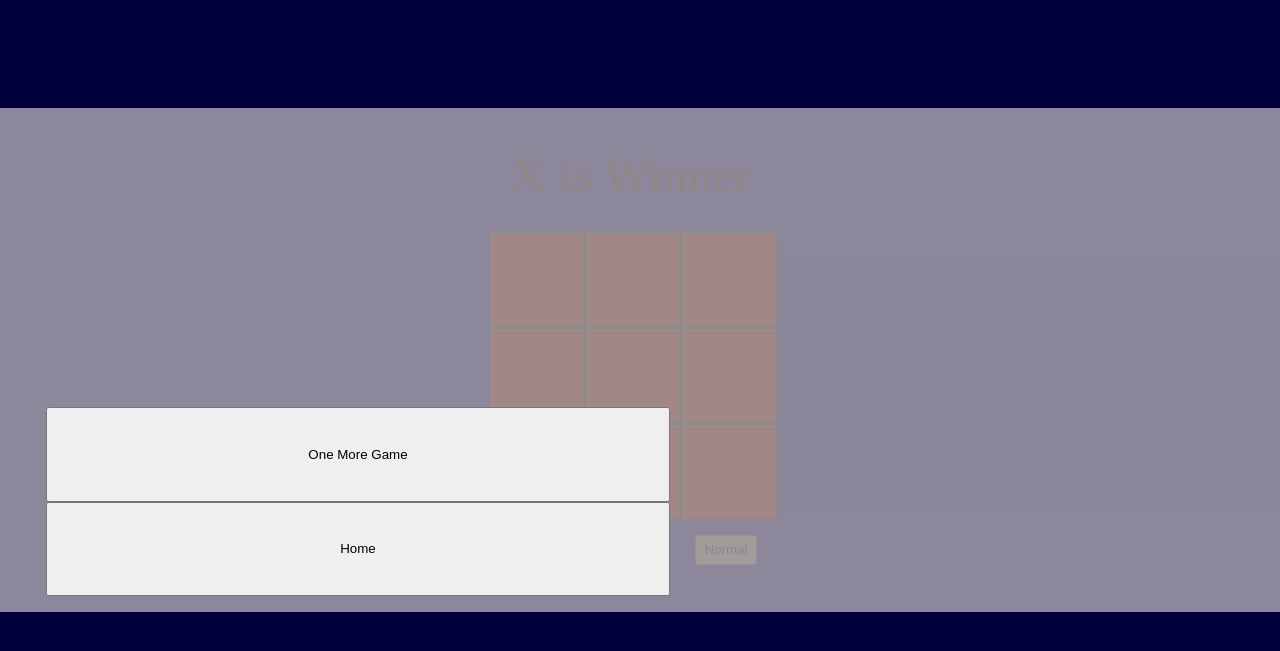
Repository: Mush-s/Folio-OX
Page: /game
An editor plug-in stored every save of this project. The page is shown before and after the next save, followed by the edit.
The browser window is 1280 px wide. The pictures show the whole page.
The project was rebuilt for these pictures with package versions that can differ from the ones it lists, and the page was loaded fresh each time. Also part of the build but not shown: src/Start/Start.css, src/Start/Start.js.

Above is the page before, as saved 2022-09-03 11:19:03.

### src/index.js
import { createRoot } from "react-dom/client";
import { BrowserRouter } from "react-router-dom";
import ReactDOM from "react-dom";
import AfterGame from "./TicTacToe/AfterGame/AfterGame";

import App from "./App";
const container = document.getElementById("root");
const root = createRoot(container);
root.render(
  <BrowserRouter>
    <App />
  </BrowserRouter>
);

export const OverLay = () => {
  return ReactDOM.createPortal(
    <AfterGame />,
    document.getElementById("portal")
  );
};

### src/TicTacToe/AfterGame/AfterGame.js
import "./AfterGame.css";

const AfterGame = () => {
  return (
    <div className="after">
      <div className="content">
        <button>One More Game</button>
        <button>Home</button>
      </div>
    </div>
  );
};

export default AfterGame;

### src/App.js
import "./App.css";
import Game from "./TicTacToe/Game/Game";
import Start from "./Start/Start";
import { Route, Routes } from "react-router-dom";

const App = () => {
  return (
    <div className="app">
      <Routes>
        <Route path="/" element={<Start />} exact/>
        <Route path="/game" element={<Game />} />
      </Routes>
    </div>
  );
};

export default App;

### src/TicTacToe/AfterGame/AfterGame.css
.after {
    background: rgba(0, 0, 0, 0.771);
    position: fixed;
    left: 0;
    top: 0;
    height: 100%;
    width: 100%;
    display: flex;
    align-items: center;
    justify-content: center;
  }

  .after .content {
    background:rgba(219, 210, 210, 0.644);
    padding: 1rem;
    width: 100%;
    height: 70%;
    display: flex;
    justify-content:flex-end;
    flex-flow: column;
  }

  .after button{
    width:50%;
    height:20%;
    margin-left: 30px;
  }

### src/App.css
.app {
  position: relative;
  height: 100vh;
  background-color: blue;
}
/* Document
 * ========================================================================== */

/**
 * 1. Add border box sizing in all browsers (opinionated).
 * 2. Backgrounds do not repeat by default (opinionated).
 */

*,
::before,
::after {
  box-sizing: border-box; /* 1 */
  background-repeat: no-repeat; /* 2 */
}

/**
  * 1. Add text decoration inheritance in all browsers (opinionated).
  * 2. Add vertical alignment inheritance in all browsers (opinionated).
  */

::before,
::after {
  text-decoration: inherit; /* 1 */
  vertical-align: inherit; /* 2 */
}

/**
  * 1. Use the default cursor in all browsers (opinionated).
  * 2. Change the line height in all browsers (opinionated).
  * 3. Breaks words to prevent overflow in all browsers (opinionated).
  * 4. Use a 4-space tab width in all browsers (opinionated).
  * 5. Remove the grey highlight on links in iOS (opinionated).
  * 6. Prevent adjustments of font size after orientation changes in iOS.
  */

:where(:root) {
  cursor: default; /* 1 */
  line-height: 1.5; /* 2 */
  overflow-wrap: break-word; /* 3 */
  -moz-tab-size: 4; /* 4 */
  tab-size: 4; /* 4 */
  -webkit-tap-highlight-color: transparent; /* 5 */
  -webkit-text-size-adjust: 100%; /* 6 */
  text-size-adjust: 100%; /* 6 */
}

/* Sections
  * ========================================================================== */

/**
  * Remove the margin in all browsers (opinionated).
  */

:where(body) {
  margin: 0;
}

/**
  * Correct the font size and margin on `h1` elements within `section` and
  * `article` contexts in Chrome, Edge, Firefox, and Safari.
  */

:where(h1) {
  font-size: 2em;
  margin: 0.67em 0;
}

/* Grouping content
  * ========================================================================== */

/**
  * Remove the margin on nested lists in Chrome, Edge, and Safari.
  */

:where(dl, ol, ul) :where(dl, ol, ul) {
  margin: 0;
}

/**
  * 1. Correct the inheritance of border color in Firefox.
  * 2. Add the correct box sizing in Firefox.
  */

:where(hr) {
  color: inherit; /* 1 */
  height: 0; /* 2 */
}

/**
  * Remove the list style on navigation lists in all browsers (opinionated).
  */

:where(nav) :where(ol, ul) {
  list-style-type: none;
  padding: 0;
}

/**
  * Prevent VoiceOver from ignoring list semantics in Safari (opinionated).
  */

:where(nav li)::before {
  content: "\200B";
  float: left;
}

/**
  * 1. Correct the inheritance and scaling of font size in all browsers.
  * 2. Correct the odd `em` font sizing in all browsers.
  * 3. Prevent overflow of the container in all browsers (opinionated).
  */

:where(pre) {
  font-family: monospace, monospace; /* 1 */
  font-size: 1em; /* 2 */
  overflow: auto; /* 3 */
}

/* Text-level semantics
  * ========================================================================== */

/**
  * Add the correct text decoration in Safari.
  */

:where(abbr[title]) {
  text-decoration: underline;
  text-decoration: underline dotted;
}

/**
  * Add the correct font weight in Chrome, Edge, and Safari.
  */

:where(b, strong) {
  font-weight: bolder;
}

/**
  * 1. Correct the inheritance and scaling of font size in all browsers.
  * 2. Correct the odd `em` font sizing in all browsers.
  */

:where(code, kbd, samp) {
  font-family: monospace, monospace; /* 1 */
  font-size: 1em; /* 2 */
}

/**
  * Add the correct font size in all browsers.
  */

:where(small) {
  font-size: 80%;
}

/* Embedded content
  * ========================================================================== */

/*
  * Change the alignment on media elements in all browsers (opinionated).
  */

:where(audio, canvas, iframe, img, svg, video) {
  vertical-align: middle;
}

/**
  * Remove the border on iframes in all browsers (opinionated).
  */

:where(iframe) {
  border-style: none;
}

/**
  * Change the fill color to match the text color in all browsers (opinionated).
  */

:where(svg:not([fill])) {
  fill: currentColor;
}

/* Tabular data
  * ========================================================================== */

/**
  * 1. Collapse border spacing in all browsers (opinionated).
  * 2. Correct table border color in Chrome, Edge, and Safari.
  * 3. Remove text indentation from table contents in Chrome, Edge, and Safari.
  */

:where(table) {
  border-collapse: collapse; /* 1 */
  border-color: currentColor; /* 2 */
  text-indent: 0; /* 3 */
}

/* Forms
  * ========================================================================== */

/**
  * Remove the margin on controls in Safari.
  */

:where(button, input, select) {
  margin: 0;
}

/**
  * Correct the inability to style buttons in iOS and Safari.
  */

:where(button, [type="button" i], [type="reset" i], [type="submit" i]) {
  -webkit-appearance: button;
}

/**
  * Change the inconsistent appearance in all browsers (opinionated).
  */

:where(fieldset) {
  border: 1px solid #a0a0a0;
}

/**
  * Add the correct vertical alignment in Chrome, Edge, and Firefox.
  */

:where(progress) {
  vertical-align: baseline;
}

/**
  * 1. Remove the margin in Firefox and Safari.
  * 3. Change the resize direction in all browsers (opinionated).
  */

:where(textarea) {
  margin: 0; /* 1 */
  resize: vertical; /* 3 */
}

/**
  * 1. Correct the odd appearance in Chrome, Edge, and Safari.
  * 2. Correct the outline style in Safari.
  */

:where([type="search" i]) {
  -webkit-appearance: textfield; /* 1 */
  outline-offset: -2px; /* 2 */
}

/**
  * Correct the cursor style of increment and decrement buttons in Safari.
  */

::-webkit-inner-spin-button,
::-webkit-outer-spin-button {
  height: auto;
}

/**
  * Correct the text style of placeholders in Chrome, Edge, and Safari.
  */

::-webkit-input-placeholder {
  color: inherit;
  opacity: 0.54;
}

/**
  * Remove the inner padding in Chrome, Edge, and Safari on macOS.
  */

::-webkit-search-decoration {
  -webkit-appearance: none;
}

/**
  * 1. Correct the inability to style upload buttons in iOS and Safari.
  * 2. Change font properties to `inherit` in Safari.
  */

::-webkit-file-upload-button {
  -webkit-appearance: button; /* 1 */
  font: inherit; /* 2 */
}

/* Interactive
  * ========================================================================== */

/*
  * Add the correct styles in Safari.
  */

:where(dialog) {
  background-color: white;
  border: solid;
  color: black;
  height: -moz-fit-content;
  height: fit-content;
  left: 0;
  margin: auto;
  padding: 1em;
  position: absolute;
  right: 0;
  width: -moz-fit-content;
  width: fit-content;
}

:where(dialog:not([open])) {
  display: none;
}

/*
  * Add the correct display in Safari.
  */

:where(details > summary:first-of-type) {
  display: list-item;
}

/* Accessibility
  * ========================================================================== */

/**
  * Change the cursor on busy elements in all browsers (opinionated).
  */

:where([aria-busy="true" i]) {
  cursor: progress;
}

/*
  * Change the cursor on disabled, not-editable, or otherwise
  * inoperable elements in all browsers (opinionated).
  */

:where([aria-disabled="true" i], [disabled]) {
  cursor: not-allowed;
}

/*
  * Change the display on visually hidden accessible elements
  * in all browsers (opinionated).
  */

:where([aria-hidden="false" i][hidden]) {
  display: initial;
}

:where([aria-hidden="false" i][hidden]:not(:focus)) {
  clip: rect(0, 0, 0, 0);
  position: absolute;
}

### src/TicTacToe/Game/Game.js
import { useEffect, useState } from "react";
import Cell from "./Cell";
import { Pattern } from "../Patterns/Pattern";
import GameButtons from "./GameButtons/GameButtons";

import "./Game.css";
import { OverLay } from "../..";

const Game = () => {
  const [player, setPlayer] = useState("O");
  const [countDown, setCountDown] = useState(8);
  const [gameOver, setGameOver] = useState(false);
  const [result, setResult] = useState();
  const [mode, setMode] = useState("Normal");
  const [time, setTime] = useState(5);

  const [cellValues, setCellValues] = useState([
    "",
    "",
    "",
    "",
    "",
    "",
    "",
    "",
    "",
  ]);

  useEffect(() => {
    checkWin();
  });

  let timer;
  const updataCount = () => {
    timer = setInterval(() => {
      setTime((preC) => preC - 1);
    }, 1000);

    if (time === 0) {
      clearInterval(timer);
      if (player === "O") {
        setResult("X is Winner");
        setGameOver(true);
      }
      if (player === "X") {
        setResult("O is Winner");
        setGameOver(true);
      }
    }
  };

  useEffect(() => {
    updataCount();
    console.log(time);
    return () => clearInterval(timer);
  });

  useEffect(() => {
    setTime(5);
  }, [player]);

  const isCellEmpty = (index) => cellValues[index] === "";

  //Cell Clicked ここから

  const clickHandler = (index) => {
    if (isCellEmpty(index)) {
      setCountDown(countDown - 1);
      const newCellValues = [...cellValues];
      newCellValues[index] = player;
      setCellValues(newCellValues);

      if (player === "O") {
        setPlayer("X");
      } else {
        setPlayer("O");
      }

      if (countDown === 0) {
        setGameOver(true);
        setResult("引き分けです");
      }
      // Repaint mode 処理
    } else {
      if (mode === "Repaint") {
        setCountDown(countDown - 1);
        const newCellValues = [...cellValues];
        newCellValues[index] = player;
        setCellValues(newCellValues);

        if (player === "O") {
          setPlayer("X");
        } else {
          setPlayer("O");
        }
      }
      setMode("Normal");
    }
  };

  //Reset Button ここから

  const resetHandler = () => {
    setPlayer("O");
    setCountDown(8);
    setCellValues(["", "", "", "", "", "", "", "", ""]);
    setResult();
  };

  //Back button ここから

  const backHandler = () => {
    // setCountDown(countDown + 1);
    // const backedValues = [...cellValues]
    // setCellValues(backedValues)
    // if (player === "O") {
    //   setPlayer("X");
    // } else {
    //   setPlayer("O");
    // }
  };

  //Change button ここから

  const ChangeHandler = () => {
    if (mode === "Normal") {
      setMode("Repaint");
    }
    if (mode === "Repaint") {
      setMode("Normal");
    }
  };
  //勝ち負け判定

  const checkWin = () => {
    Pattern.forEach((currPa) => {
      const firstPlayer = cellValues[currPa[0]];
      if (firstPlayer === "") return;
      console.log(cellValues[currPa[0]]);
      let foundWiiningPattern = true;
      currPa.forEach((i) => {
        if (cellValues[i] !== firstPlayer) {
          foundWiiningPattern = false;
        }
      });

      if (foundWiiningPattern) {
        if (player === "O") {
          setResult("X is Winner");
          setGameOver(true);
        } else {
          setResult("O is Winner");
          setGameOver(true);
        }
      }
    });
  };
  return (
    <div className="game">
      <div className="result">{result}</div>
      {!gameOver && <div className="turn">{player}'s Turn</div>}
      {!gameOver && <p className="timer">You have {time} seconds</p>}
      {cellValues.map((value, index) => (
        <Cell key={index} value={value} onClick={() => clickHandler(index)} />
      ))}
      <GameButtons
        mode={mode}
        onClick={resetHandler}
        onBack={backHandler}
        onChange={ChangeHandler}
      />
      {gameOver && <OverLay gameOver={gameOver} />}
    </div>
  );
};

export default Game;

### src/TicTacToe/Game/Cell.js
import "./Cell.css";

const Cell = (props) => {
  return (
    <div className="cell flat border">
      <button onClick={props.onClick}>{props.value}</button>
    </div>
  );
};

export default Cell;

### src/TicTacToe/Patterns/Pattern.js
export const Pattern = [
  [0, 1, 2],
  [3, 4, 5],
  [6, 7, 8],
  [0, 3, 6],
  [1, 4, 7],
  [2, 5, 8],
  [0, 4, 8],
  [2, 4, 6],
];

### src/TicTacToe/Game/GameButtons/GameButtons.js
import "./GameButtons.css";

const GameOver = (props) => {
  return (
    <div className="gameover">
      <button onClick={props.onClick}>Reset</button>
      <button onClick={props.onBack}>Back</button>
      <button onClick={props.onChange}>{props.mode}</button>
    </div>
  );
};

export default GameOver;

### src/TicTacToe/Game/Game.css
.game {
  position: absolute;
  top: 40%;
  left: 50%;
  margin-right: -50%;
  transform: translate(-50%, -50%);
  height: 300px;
  width: 300px;
  display: flex;
  flex-wrap: wrap;
}

.game .result {
  font-size: 50px;
  margin-bottom: 20px;
margin-left:20px;
}

.game .timer {
  font-size: 30px;
  margin-bottom: 15px;
  margin-left:20px;
}

.game .turn {
  font-size: 30px;
  margin-left:70px;
}

### src/TicTacToe/Game/Cell.css
.cell {
    height: 32%;
    width: 32%;
}
.cell button{
  width:100%;
  height:100%;
  color:aqua;
  background-color: red;
}


  .flat.border:hover {
    background: #ff9300;
    color: #fff;
  }
  .flat.border:active, .flat.border:focus {
    top: 2px;
  }

### src/TicTacToe/Game/GameButtons/GameButtons.css
.gameover {
  text-align: center;
  font-size: 30px;
}

.gameover button {
  width: 62px;
  height: 30px;
  margin-left: 27px;
}

Loaded but not shown: public/index.html (common file)

After the next save:
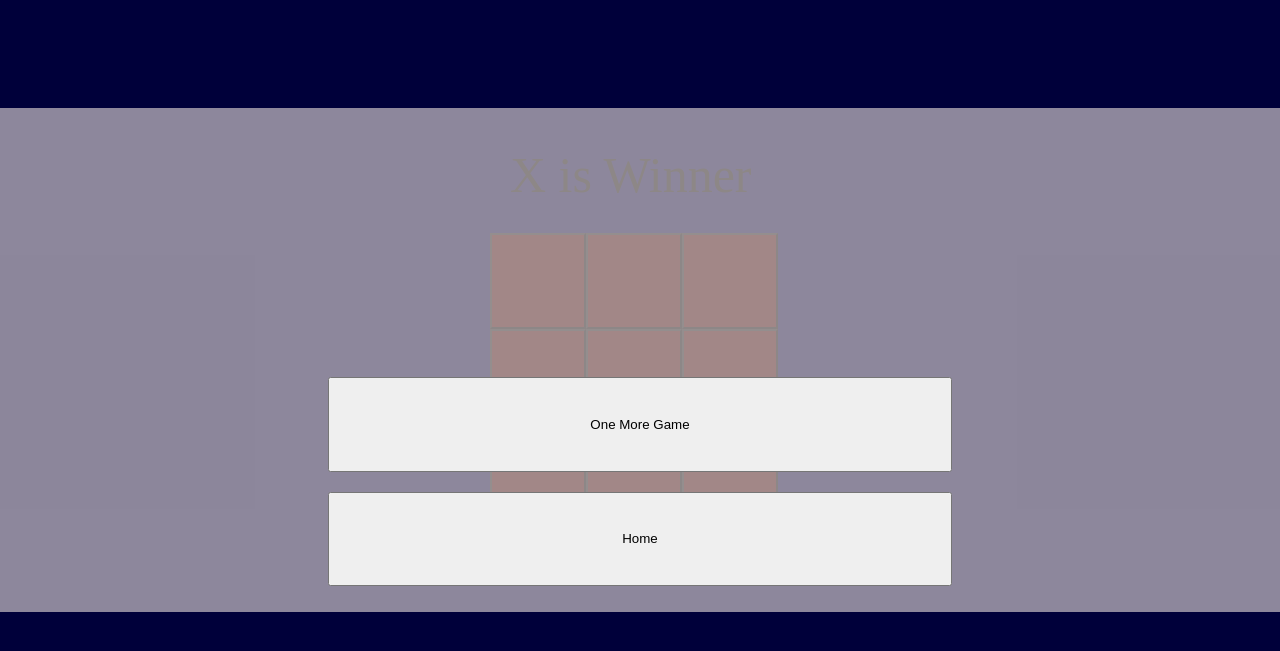
Saved 70 s later.
--- a/src/TicTacToe/AfterGame/AfterGame.css
+++ b/src/TicTacToe/AfterGame/AfterGame.css
@@ -23,5 +23,5 @@
   .after button{
     width:50%;
     height:20%;
-    margin-left: 30px;
+    margin:10px auto;
   }
